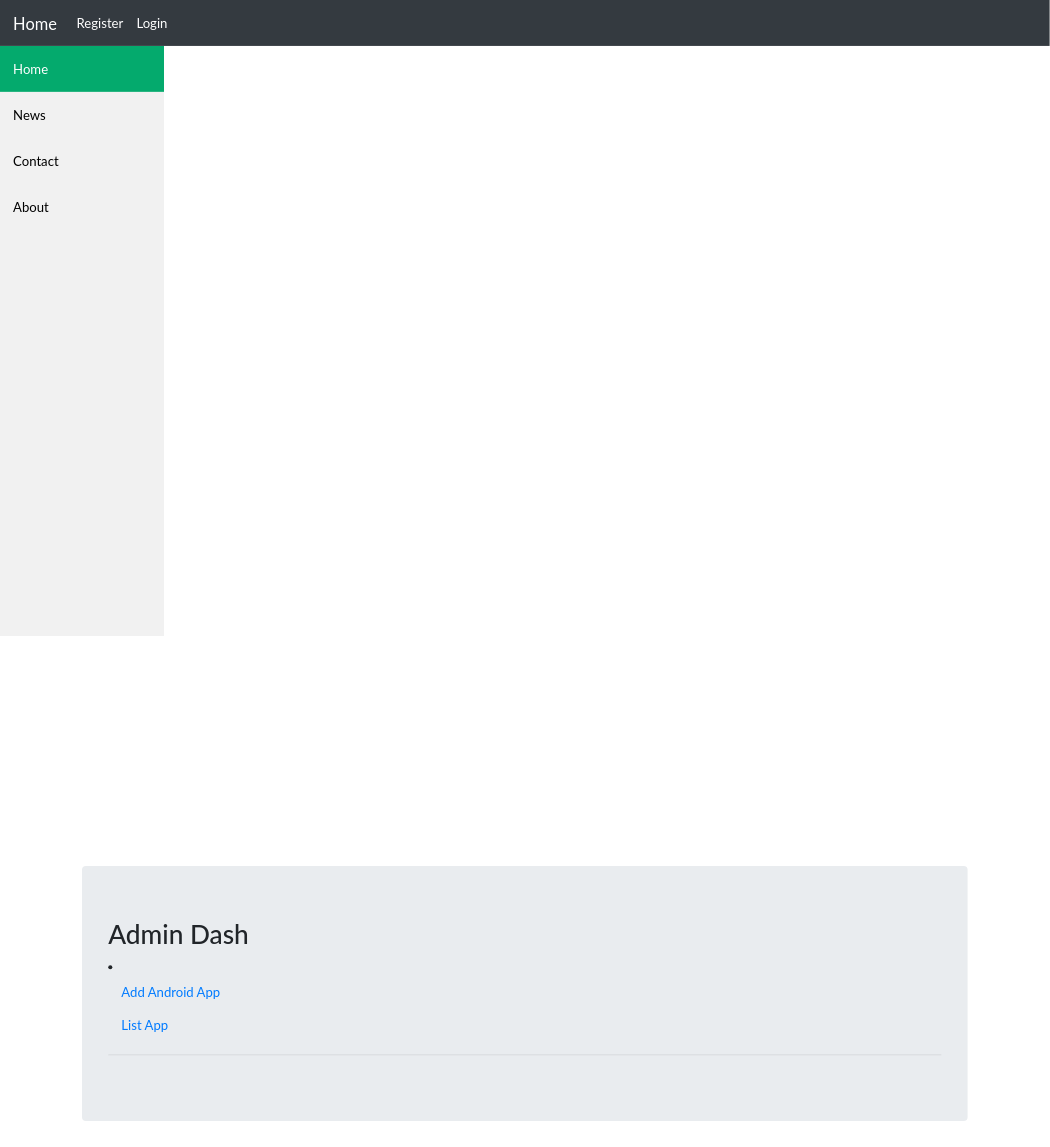
Repository: prabhat8701/nextgrowth_lab_task-main
Page: http://localhost/adminDash/
The author's editor kept a copy of each file at every save. The page is drawn from the files as they stood at one save, then again after the next save.
The browser window is 1280 px wide. The pictures show the whole page, at 82% of full size.
The page is served by the project's application, run on Django 4.2 (manage.py). Other server files are loaded and not shown.

Above is the page before, as saved 2023-07-31 18:25:23.

### nextgrowAi/SET_2/next_project/templates/gradesApp/adminDash.html
{% extends 'gradesApp/base1.html' %}
{% block body_block %}

<div class="container">
    <div class="jumbotron">
        <h2>Admin Dash</h2>
        <li class="nav-item active">
            <a class="nav-link" href="{% url 'add_android_app' %}">Add Android App</a>
            <a class="nav-link" href="{% url 'app_list' %}">List App</a>
        </li>
        <hr>
    </div>
</div>


{% endblock %}

### nextgrowAi/SET_2/next_project/templates/gradesApp/base1.html
<!DOCTYPE html>
<html lang="en">
<head>
    <meta charset="UTF-8">
    <meta name="viewport" content="width=device-width, initial-scale=1.0">
    <meta http-equiv="X-UA-Compatible" content="ie=edge">
    <title>myGrades</title>
    <link rel="stylesheet" href="https://stackpath.bootstrapcdn.com/bootstrap/4.3.1/css/bootstrap.min.css" integrity="sha384-ggOyR0iXCbMQv3Xipma34MD+dH/1fQ784/j6cY/iJTQUOhcWr7x9JvoRxT2MZw1T" crossorigin="anonymous">
</head>
<body>
    <nav class="navbar navbar-expand-sm navbar-dark bg-dark">
        <a class="navbar-brand" href="{% url 'index' %}">Home</a>
        <button class="navbar-toggler d-lg-none" type="button" data-toggle="collapse" data-target="#collapsibleNavId" aria-controls="collapsibleNavId"
            aria-expanded="false" aria-label="Toggle navigation"></button>
        <div class="collapse navbar-collapse" id="collapsibleNavId">
            <ul class="navbar-nav mr-auto mt-2 mt-lg-0">
                <li class="nav-item active">
                    <!-- <a class="nav-link" href="{% url "admin:index" %}">Admin</a> -->
                </li>
                <li class="nav-item active">
                    <a class="nav-link" href="{% url 'register' %}" role="button">Register</a>

                </li>
                {% if user.is_authenticated %}
                    <!-- <li class="nav-item active">
                        <a class="nav-link" href="{% url 'dashboard' %}">Dashboard</a>

                    </li> -->
                    <li class="nav-item active">
                        <a class="nav-link" href="{% url 'logout' %}">Logout</a>
                    </li>
                {% else %}
                    <li class="nav-item active">

                        <a class="nav-link" href="{% url 'userLogin' %}">Login</a>

                    </li>
                {% endif %}

            </ul>

        </div>
    </nav>


<style>
body {
  margin: 0;
  font-family: "Lato", sans-serif;
}

.sidebar {
  margin: 0;
  padding: 0;
  width: 200px;
  background-color: #f1f1f1;
  position: fixed;
  height: 100%;
  overflow: auto;
}

.sidebar a {
  display: block;
  color: black;
  padding: 16px;
  text-decoration: none;
}

.sidebar a.active {
  background-color: #04AA6D;
  color: white;
}

.sidebar a:hover:not(.active) {
  background-color: #555;
  color: white;
}

div.content {
  margin-left: 200px;
  padding: 1px 16px;
  height: 1000px;
}

@media screen and (max-width: 700px) {
  .sidebar {
    width: 100%;
    height: auto;
    position: relative;
  }
  .sidebar a {float: left;}
  div.content {margin-left: 0;}
}

@media screen and (max-width: 400px) {
  .sidebar a {
    text-align: center;
    float: none;
  }
}
</style>
</head>
<body>

<div class="sidebar">
  <a class="active" href="#home">Home</a>
  <a href="#news">News</a>
  <a href="#contact">Contact</a>
  <a href="#about">About</a>
</div>

<div class="content">

</div>

</body>







    <div class="container">
        {% block body_block %}


        {% endblock %}
    </div>
</body>
</html>

### nextgrowAi/SET_2/next_project/next_app/views.py
from django.shortcuts import render

# Create your views here.
from django.shortcuts import render

# Create your views here.
from django.shortcuts import render,redirect
from next_app.forms import Admin_User_Form,Common_User_Form,Admin_User_AddForm,Common_User_AddForm,AndroidAppForm
from django.http import HttpResponse,HttpResponseRedirect
from django.contrib.auth.decorators import login_required
from django.urls import reverse
from django.contrib.auth import authenticate,login,logout
from next_app.models import Admin_User,Common_User,AndroidApp
from django.contrib.auth.models import User

# Create your views here.

def index(request):
    return render(request,'gradesApp/index.html')


@login_required
def userLogout(request):
    logout(request)
    return HttpResponseRedirect(reverse('index'))


def register(request):
    return render(request,'gradesApp/register.html')

def registeradmin(request):
    registered=False
    if request.method=='POST':
        var_adminForm=Admin_User_Form(request.POST)
        var_adminAddForm=Admin_User_AddForm(request.POST)
        if var_adminForm.is_valid()and var_adminAddForm.is_valid():
            adminprimary=var_adminForm.save()
            adminprimary.set_password(adminprimary.password)
            adminprimary.save()
            adminAdd=var_adminAddForm.save(commit=False)
            adminAdd.admin_user=adminprimary
            adminAdd.save()
            registered=True
    else:
        var_adminForm=Admin_User_Form()
        var_adminAddForm=Admin_User_AddForm()
    data={
        'var_adminForm':var_adminForm,
        'var_adminAddForm':var_adminAddForm,
        'registered':registered
        }
    return render(request,'gradesApp/registeradmin.html',data)


def registeruser(request):
    registered=False
    if request.method=='POST':
        var_userForm=Common_User_Form(request.POST)
        var_userAddForm=Common_User_AddForm(request.POST)
        if var_userForm.is_valid()and var_userAddForm.is_valid():
            userprimary=var_userForm.save()
            userprimary.set_password(userprimary.password)
            userprimary.save()
            userAdd=var_userAddForm.save(commit=False)
            userAdd.common_user=userprimary
            userAdd.save()
            registered=True
    else:
        var_userForm=Common_User_Form()
        var_userAddForm=Common_User_AddForm()
    data={
        'var_userForm':var_userForm,
        'var_userAddForm':var_userAddForm,
        'registered':registered}
    return render(request,'gradesApp/registeruser.html',data)

def userLogin(request):
    invalidlogin=False
    if request.method=='POST':
        username=request.POST.get('username')
        password=request.POST.get('password')
        user=authenticate(username=username,password=password)
        if user:
            if user.is_active:
                login(request,user)
                return HttpResponseRedirect(reverse('index'))
            else:
                return HttpResponse('Account not active')
        else:
            invalidlogin=True
            return redirect('/gradesApp/login/')
    else:
        return render(request,'gradesApp/login.html',{'invalidlogin':invalidlogin})


# from django.shortcuts import render, redirect
# from .models import Admin_User, Common_User
# from django.contrib.auth.decorators import login_required

@login_required
def dashboard(request):
    print("request",request.user)
    try:
        current=Admin_User.objects.get(admin_user=request.user)
        print("current",current)
        is_admin_user = True
    except Admin_User.DoesNotExist:
        current=Common_User.objects.get(common_user=request.user)
        print("current",current)
        is_admin_user = False

    if is_admin_user:
        return redirect('/adminDash/')
    else:
        return redirect('/userDash/')
    return render(request,'gradesApp/dashboard.html')




from django.shortcuts import render, redirect
from .models import Admin_User, Common_User
from django.contrib.auth.decorators import login_required


# @login_required
# def dashboard(request):
#     print("request", request.user)
#     try:
#         # Try to fetch the Admin_User object for the current user
#         current = Admin_User.objects.get(admin_user=request.user)
#         is_admin_user = True
#     except Admin_User.DoesNotExist:
#         # If Admin_User object is not found, try fetching Common_User object
#         try:
#             current = Common_User.objects.get(common_user=request.user)
#             is_admin_user = False
#         except Common_User.DoesNotExist:
#             # If neither Admin_User nor Common_User object is found, handle the situation here
#             # For example, you might want to redirect to a page showing an error message
#             return render(request, 'gradesApp/error.html')

    # if is_admin_user:
    #     return redirect('/studentDash/')
    # else:
    #     return redirect('/teacherDash/')




def adminDash(request):
    return render(request,'gradesApp/adminDash.html')

def userDash(request):
    return render(request,'gradesApp/userDash.html')

def add_android_app(request):
    if request.method == 'POST':
        print("f1")

        # form = AndroidAppForm(request.POST)
        form = AndroidAppForm(request.POST, request.FILES)
        print("f12")
        if form.is_valid():
            print("f3")
            form.save()
            return redirect('app_list')
    else:
        print("f")
        form = AndroidAppForm()
    return render(request, 'gradesApp/add_android_app.html', {'form': form})

from django.contrib.auth.decorators import login_required

# @login_required
def app_list(request):
    apps = AndroidApp.objects.all()
    return render(request, 'gradesApp/app_list.html', {'apps': apps})

from django.shortcuts import render, get_object_or_404
def app_detail(request, app_id):
    app = get_object_or_404(AndroidApp, id=app_id)
    return render(request, 'gradesApp/app_detail.html', {'app': app})



# views.py

# from django.shortcuts import render, redirect
from .forms import TaskScreenshotForm

def add_task_screenshot(request):
    if request.method == 'POST':
        form = TaskScreenshotForm(request.POST, request.FILES)
        if form.is_valid():
            form.instance.user = request.user  # Assign the current user to the 'user' field
            form.save()
            return redirect('app_list')  # Replace 'app_list' with the URL name of your app list page
    else:
        form = TaskScreenshotForm()
    return render(request, 'gradesApp/add_task.html', {'form': form})  # Replace 'your_template.html' with your desired template name

### nextgrowAi/SET_2/next_project/next_project/urls.py
"""next_project URL Configuration

The `urlpatterns` list routes URLs to views. For more information please see:
    https://docs.djangoproject.com/en/4.1/topics/http/urls/
Examples:
Function views
    1. Add an import:  from my_app import views
    2. Add a URL to urlpatterns:  path('', views.home, name='home')
Class-based views
    1. Add an import:  from other_app.views import Home
    2. Add a URL to urlpatterns:  path('', Home.as_view(), name='home')
Including another URLconf
    1. Import the include() function: from django.urls import include, path
    2. Add a URL to urlpatterns:  path('blog/', include('blog.urls'))
"""
from django.contrib import admin
from django.urls import path,include
from next_app import views
from django.conf import settings
from django.conf.urls.static import static

urlpatterns = [
    path('next_app/',include('next_app.urls')),
    path('',views.index,name='index'),
    path('admin/', admin.site.urls),
    path('logout/',views.userLogout,name='logout'),
    path('adminDash/',views.adminDash,name='adminDash'),
    path('userDash/',views.userDash,name='userDash'),
]
if settings.DEBUG:
    urlpatterns += static(settings.MEDIA_URL, document_root=settings.MEDIA_ROOT)

### nextgrowAi/SET_2/next_project/next_app/urls.py
from django.urls import path
from next_app import views

# app_name='gradesApp'

urlpatterns = [
    path('',views.index,name='index'),
    path('register/',views.register,name='register'),

    path('registeradmin/',views.registeradmin,name='registeradmin'),
    path('registeruser/',views.registeruser,name='registeruser'),

    path('login/',views.userLogin,name='userLogin'),
    path('dashboard',views.dashboard,name='dashboard'),

    path('add_android_app/', views.add_android_app, name='add_android_app'),
    path('app_list/', views.app_list, name='app_list'),
    path('app_detail/<int:app_id>/', views.app_detail, name='app_detail'),
    path('add_task_screenshot/', views.add_task_screenshot, name='add_task_screenshot'),
]

After the next save:
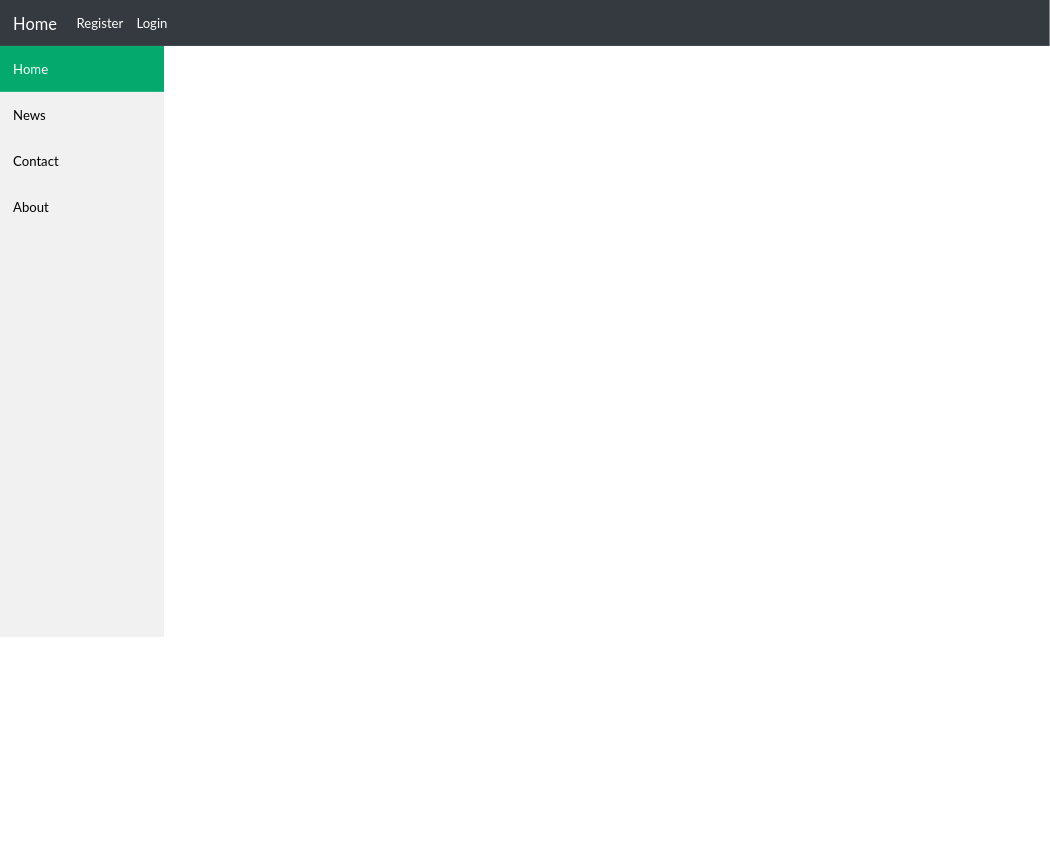
Saved 5 s later.
--- a/nextgrowAi/SET_2/next_project/templates/gradesApp/base1.html
+++ b/nextgrowAi/SET_2/next_project/templates/gradesApp/base1.html
@@ -122,10 +122,7 @@ div.content {
 
 
     <div class="container">
-        {% block body_block %}
 
-
-        {% endblock %}
     </div>
 </body>
 </html>
